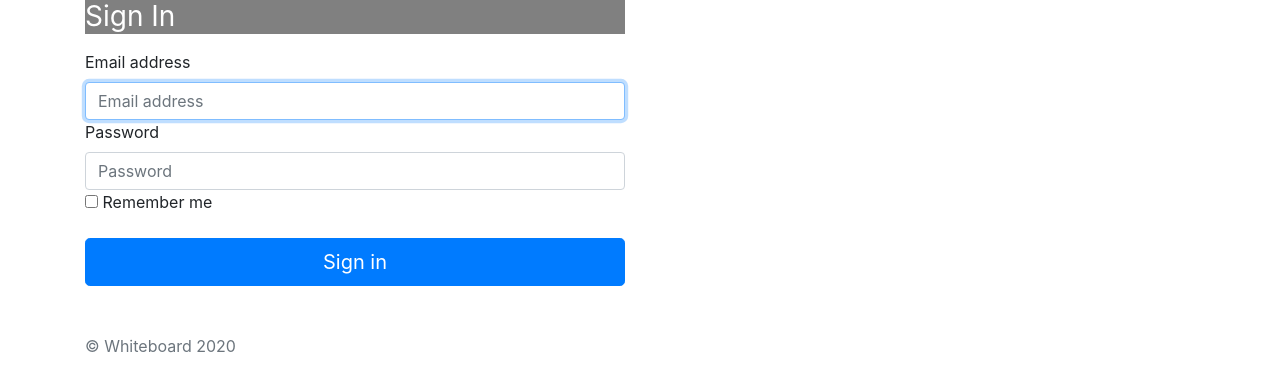
Repository: tinawu0603/cs4550-sp2020-whiteboard-springboot
Page: whiteboard/src/main/webapp/login/login.template.client.html
The author's editor kept a copy of each file at every save. The page is drawn from the files as they stood at one save, then again after the next save.
The browser window is 1280 px wide. The pictures show the whole page.

Above is the page before, as saved 2020-01-15 22:26:41.
Not found: whiteboard/src/main/webapp/login/login.stylesheet.client.css

### whiteboard/src/main/webapp/login/login.template.client.html
<!DOCTYPE html>
<html>
<head>
<meta charset="ISO-8859-1">
<title>Login</title>
<link
	href="https://stackpath.bootstrapcdn.com/bootstrap/4.4.1/css/bootstrap.min.css"
	rel="stylesheet"
/>
<link href="../css/styles.css" rel="stylesheet" />
<link href="login.stylesheet.client.css" rel="stylesheet" />
</head>
<body>
	<div class="container">
		<div class="row">
			<div class="col-6">
				<form class="form-signin">
					<h1 class="h3 mb-3 font-weight-normal">Sign In</h1>
					<label for="inputEmail">Email address</label>
					<input type="email" id="inputEmail" class="form-control"
						placeholder="Email address" required="" autofocus=""
					>
					<label for="inputPassword">Password</label>
					<input type="password" id="inputPassword" class="form-control"
						placeholder="Password" required=""
					>
					<div class="checkbox mb-3">
						<label>
							<input type="checkbox" value="remember-me">
							Remember me
						</label>
					</div>
					<button class="btn btn-lg btn-primary btn-block" type="submit">Sign
						in</button>
					<p class="mt-5 mb-3 text-muted">© Whiteboard 2020</p>
				</form>
			</div>
		</div>
	</div>
</body>
</html>

### whiteboard/src/main/webapp/css/styles.css
@charset "ISO-8859-1";

h1 {
	color: white;
	background-color: gray;
}

.container {
    margin-right: auto;
    margin-left: auto;
}

After the next save:
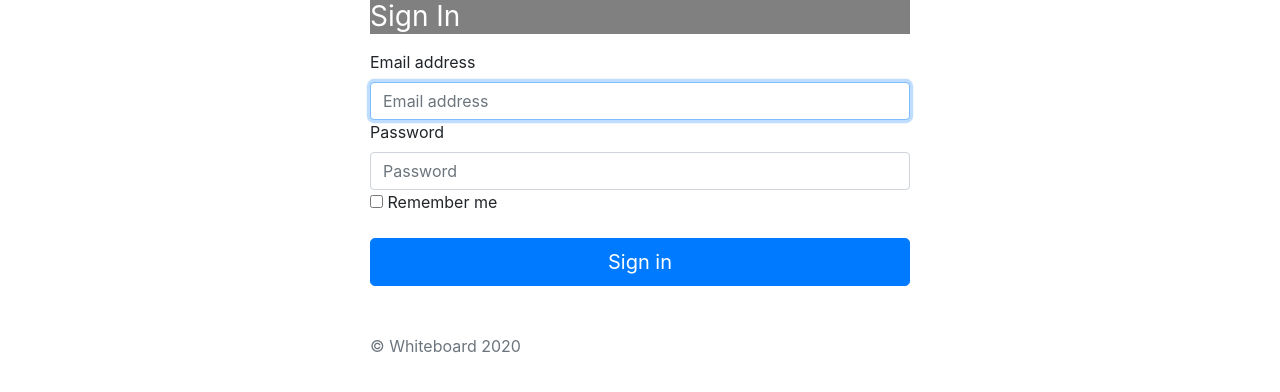
Saved 36 s later.
--- a/whiteboard/src/main/webapp/login/login.template.client.html
+++ b/whiteboard/src/main/webapp/login/login.template.client.html
@@ -13,6 +13,7 @@
 <body>
 	<div class="container">
 		<div class="row">
+		<div class="col-3"></div>
 			<div class="col-6">
 				<form class="form-signin">
 					<h1 class="h3 mb-3 font-weight-normal">Sign In</h1>
